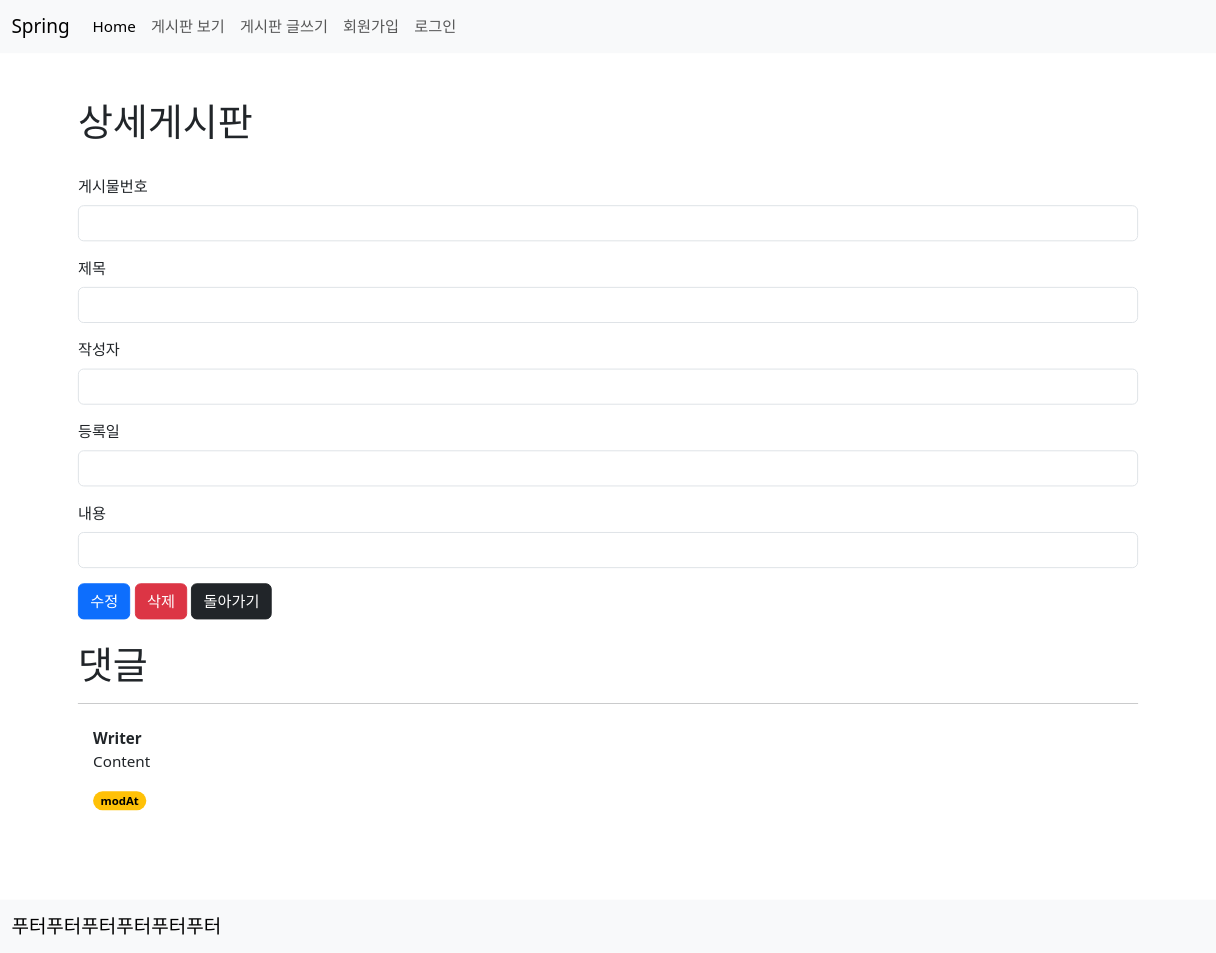
Repository: Jensuchan/spring_solo_project
Page: http://localhost/spring_test/WEB-INF/views/board/detail.jsp
The author's editor kept a copy of each file at every save. The page is drawn from the files as they stood at one save, then again after the next save.
The browser window is 1280 px wide. The pictures show the whole page, at 95% of full size.
The page is served by Tomcat 9. Nobody is signed in. The template is opened directly, without the code that normally fills it, so the values that code supplies are empty.

Above is the page before, as saved 2024-01-17 02:55:23.

After the next save:
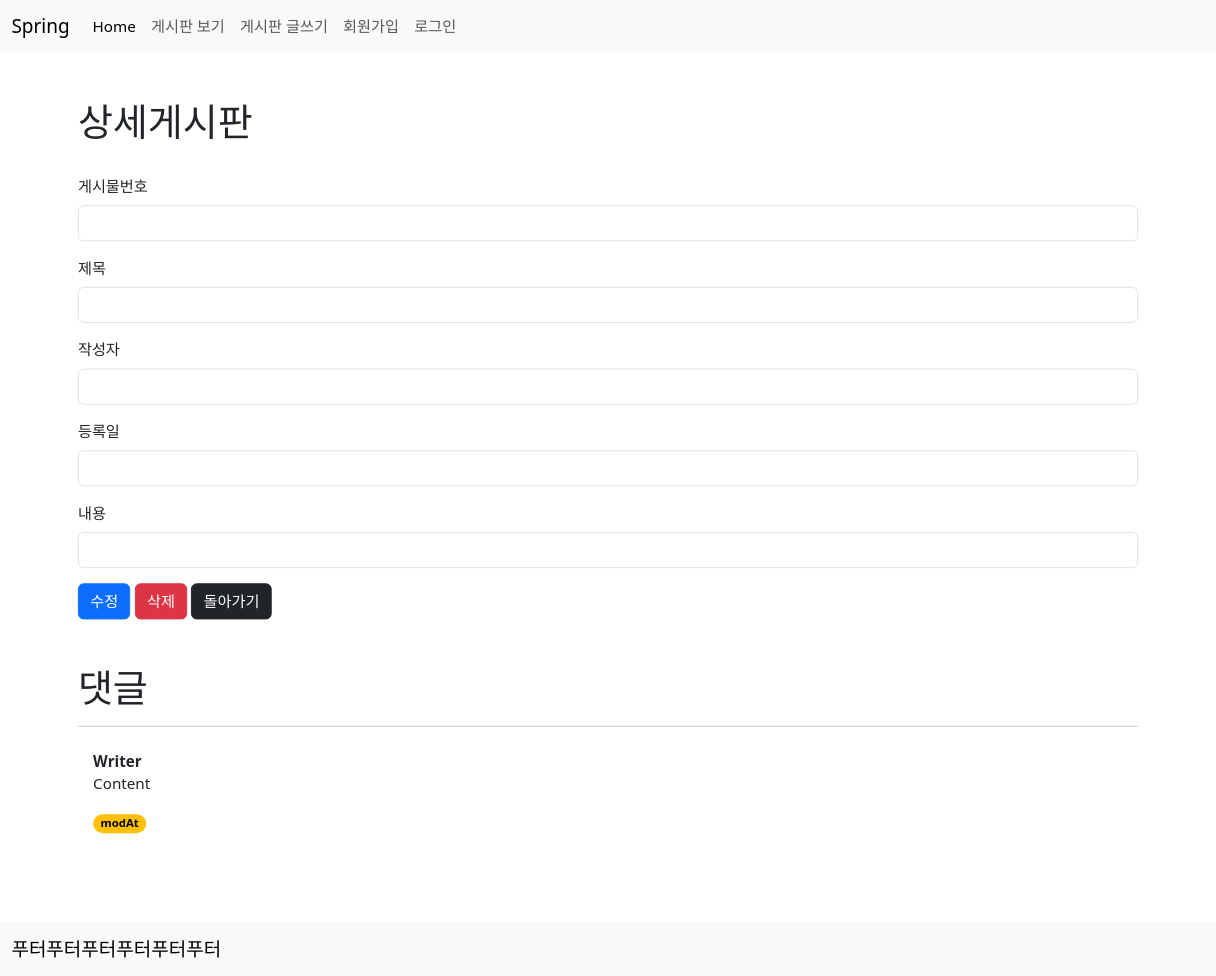
Saved 20 s later.
--- a/spring_test/src/main/webapp/WEB-INF/views/board/detail.jsp
+++ b/spring_test/src/main/webapp/WEB-INF/views/board/detail.jsp
@@ -32,7 +32,7 @@
 	<a href="/board/modify?bno=${bvo.bno }"><button type="button" class="btn btn-primary">수정</button></a>
 	<a id="delA"><button type="button" class="btn btn-danger del">삭제</button></a>
 	<a href="/board/list"><button type="button" class="btn btn-dark">돌아가기</button></a>
-	<br><br>
+	<br><br><br>
 
 
 	<h1>댓글</h1>
